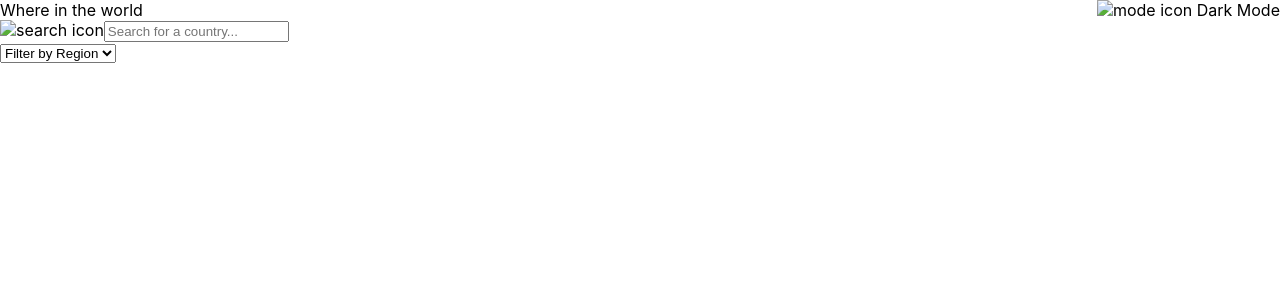
Repository: faithandjs/rest-countries-api
Page: /
An editor plug-in stored every save of this project. The page is shown before and after the next save, followed by the edit.
The browser window is 1280 px wide. The pictures show the whole page.
The page's requests for data from a server got no answer. The project was rebuilt for these pictures with package versions that can differ from the ones it lists, and the page was loaded fresh each time. No one was signed in, and anything a server would have sent is missing.

Above is the page before, as saved 2022-04-12 21:13:19.

### src/App.tsx
import React from 'react';
import Home from './components/home';

function App() {
  return (
    <div className="App">
      <Home/>
    </div>
  );
}

export default App;

### src/components/home.tsx
import React, { useEffect, useRef, useState } from 'react';
import './style/style.scss'

/*
Users should be able to:

- See all countries from the API on the homepage
- Search for a country using an `input` field
- Filter countries by region
- Click on a country to see more detailed information on a separate page
- Click through to the border countries on the detail page
- Toggle the color scheme between light and dark mode *(optional)*

*/
// https://restcountries.com/v3.1/all
//
function Home(): JSX.Element {
    const axios = require('axios').default;
    const [data, setData] = useState<arrItem[]>([])
    const [inputValue, setInputValue] = useState('')
    const [currentCountries, setCurrentCountries] = useState<items[]>()
    const getLS = localStorage.getItem('countries-data')
    const currentCountriesSet = useRef(false)
    const passed = useRef(false)
    const passed1 = useRef(false)
    const initalDataLoad = useRef<boolean>(false)
    interface items {
        flags: string;
        name: string;
        population: number;
        region: string;
        capital: string[];
    }
    interface arrItem {
        flags: {
            svg:string;
        };
        name: {
            common:string;
        };
        population: number;
        region: string;
        capital: [];
    }
    const settingCurrent = (data:arrItem[]) => {
        if (data !== undefined || data !== null || data !== []){
            let arr: items[] = [];
            data.map(item =>{
                arr.push({
                    flags: item.flags.svg,
                    name: item.name.common,
                    population: item.population,
                    region: item.region,
                    capital: item.capital
                })
            })
            setCurrentCountries(arr)
            currentCountriesSet.current = true
        }
    }
    useEffect(
        () => {
            console.log('inside inputval useeffect');
            if(!passed.current){
                if( getLS === 'undefined' || getLS === null || getLS === '[]'){
                axios.get('https://restcountries.com/v3.1/all')
                .then(function (response:any) {
                    setData(response.data)
                })
                .catch(function (error:any) {
                    console.log(error);
                  })
                }else{
                    setData(JSON.parse(getLS))
                }
                passed.current = true;
            }
        }
            ,[])
    useEffect(
        () => {
            if(passed1.current){
                localStorage.setItem('countries-data', JSON.stringify(data))
                if(!initalDataLoad.current){
                    settingCurrent(data)
                    initalDataLoad.current = true
                }
                console.log('useeffect for data')
            }
            passed1.current = true
           }
        , [data])

     return (
        <div className='body'>
            <div className='firsthalf'>
                <div>Where in the world</div>
                <div><img alt='mode icon'/> Dark Mode</div>
            </div>
            <div className='secondhalf'>
                <form>
                    <div>
                        <img alt='search icon'/>
                        <input value={inputValue} onChange={(evt:React.FormEvent<HTMLInputElement>) => setInputValue((evt.target as HTMLInputElement).value)} placeholder='Search for a country...'/>
                    </div>
                    <select name='region'>
                        <option value='select'>Filter by Region</option>
                        <option value='africa'>Africa</option>
                        <option value='america'>America</option>
                        <option value='asia'>Asia</option>
                        <option value='europe'>Europe</option>
                        <option value='oceania'>Oceania</option>
                    </select>
                </form>

                <div className='all-flags'>
                    {currentCountriesSet.current ?
                        currentCountries!.map(item =>{
                            const alt = item.name + ' flag'
                            return (
                                <div className='a-flag'>
                                    <div><img src={item.flags} alt={alt}/></div>
                                    <div className='text'>
                                        <h2>{item.name}</h2>
                                        <div>
                                            <div><span>population:</span> {item.population}</div>
                                            <div><span>region:</span> {item.region}</div>
                                            <div><span>capital:</span> {item.capital}</div>
                                        </div>
                                    </div>
                                </div>
                            )
                        }): null
                    }
                </div>
            </div>
        </div>
    );
}

export default Home;

### src/components/style/style.scss
$DarkBlue: hsl(209, 23%, 22%); // (Dark Mode Elements)
$VeryDarkBlue: hsl(207, 26%, 17%); //(Dark Mode Background)
$VeryDarkBlue: hsl(200, 15%, 8%); //(Light Mode Text)
$DarkGray: hsl(0, 0%, 52%); //(Light Mode Input)
$VeryLightGray: hsl(0, 0%, 98%); // (Light Mode Background)
$White: hsl(0, 0%, 100%); //(Dark Mode Text & Light Mode Elements)

.firsthalf{
    display: flex;
    justify-content: space-between;
}

.all-flags{
    display: flex;
    flex-wrap: wrap;
    justify-content: space-around;
    margin: 0 15px;
    .a-flag{
        box-shadow: 0px 0px 4px 0.3px rgb(0, 170, 255);
        margin: 0 15px 15px;
        padding: 10px;
        width: 210px;
        height: 330px;
        border-radius: 2px;
        .text{
            padding: 0 6px;
            span{
                text-transform: capitalize;
                font-weight: bold;
            }
        }
    }
}//0px 0px 4px 0.3px hsl(200deg 15% 8%) box shadow

Loaded but not shown: src/index.tsx (common file); src/index.css (common file); src/reportWebVitals.ts (common file)

After the next save:
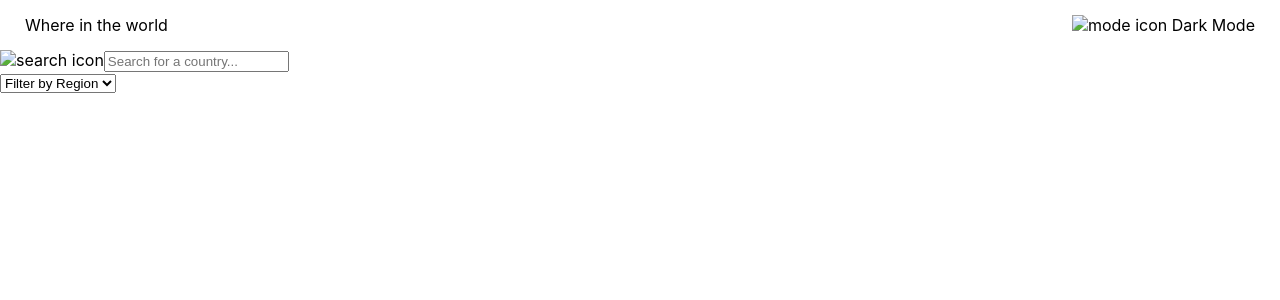
Saved 43 s later.
--- a/src/components/style/style.scss
+++ b/src/components/style/style.scss
@@ -8,6 +8,7 @@ $White: hsl(0, 0%, 100%); //(Dark Mode Text & Light Mode Elements)
 .firsthalf{
     display: flex;
     justify-content: space-between;
+    padding: 15px 25px;
 }
 
 .all-flags{
